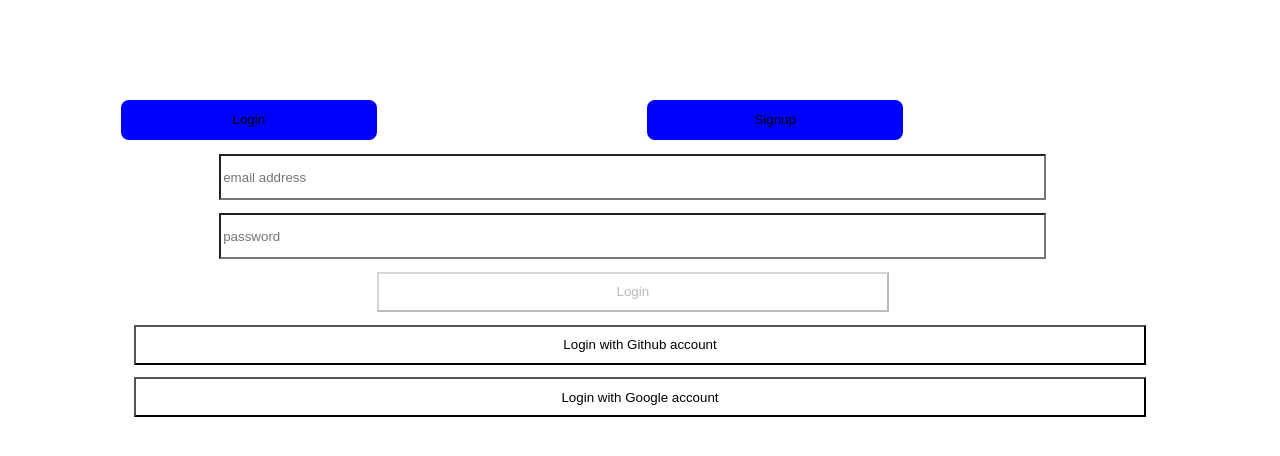
Repository: ValGrace/static-site-generator
Page: / (app in client-frontend/)
These files come from the project's save history. The page is drawn as it stood at one moment and after the next save; the edit follows.
The browser window is 1280 px wide. The pictures show the whole page.
The project was rebuilt for these pictures with package versions that can differ from the ones it lists, and the page was loaded fresh each time. Also part of the build but not shown: client-frontend/vite.config.js, client-frontend/src/Components/Signup.jsx, client-frontend/src/App.css.

Above is the page before, as saved 2023-02-04 13:08:33.

After the next save:
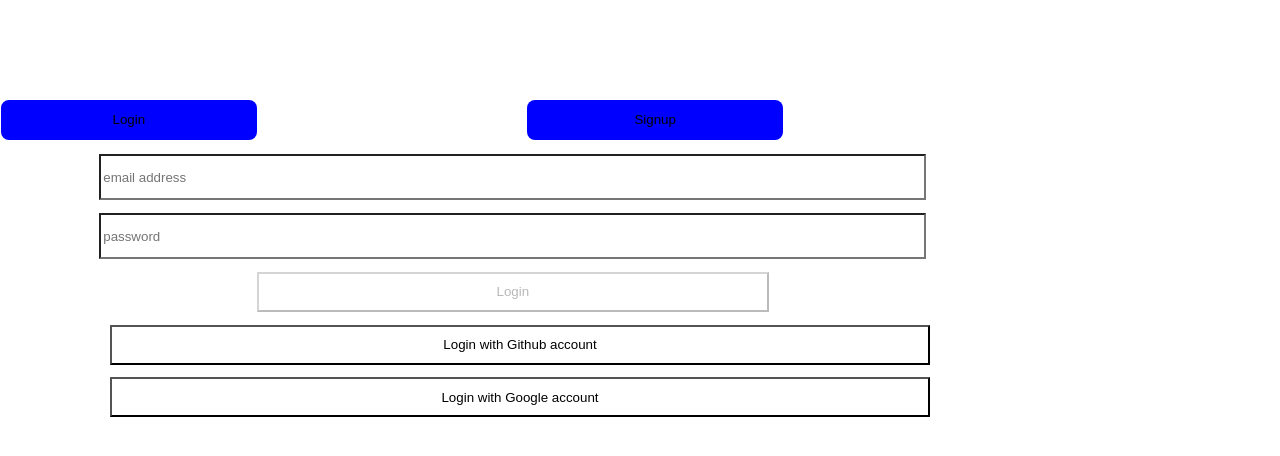
Saved 18 s later.
--- a/client-frontend/src/Components/Inputs.css
+++ b/client-frontend/src/Components/Inputs.css
@@ -1,4 +1,4 @@
-form {
+form, #dash {
     width: 80vw;
 }
 .signupForm, .dash {
@@ -8,6 +8,7 @@ form {
    align-items: center;
    gap: 0.8em;
 }
+
 input, button {
     width: 80%;
     height: 3em;
